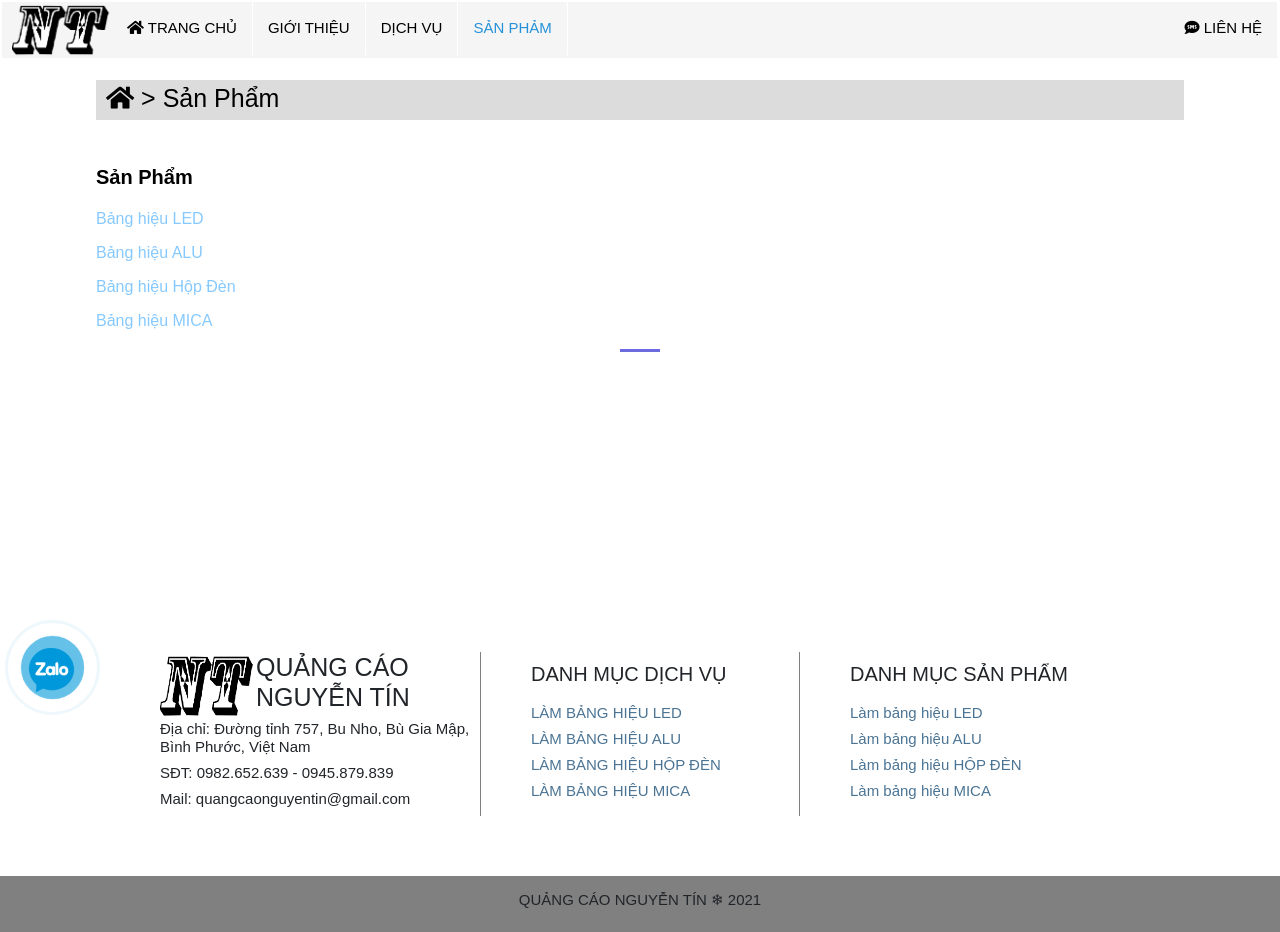
Repository: Haunguyen42193/quangcaonguyentin.github.io
Page: product.html
These files come from the project's save history. The page is drawn as it stood at one moment and after the next save; the edit follows.
The browser window is 1280 px wide. The pictures show the whole page.
Some web fonts or font styles are not loaded; a fallback is used. Some web libraries are served in a nearby version.

Above is the page before, as saved 2021-10-13 16:09:43.
Console error: ReferenceError: init is not defined

After the next save:
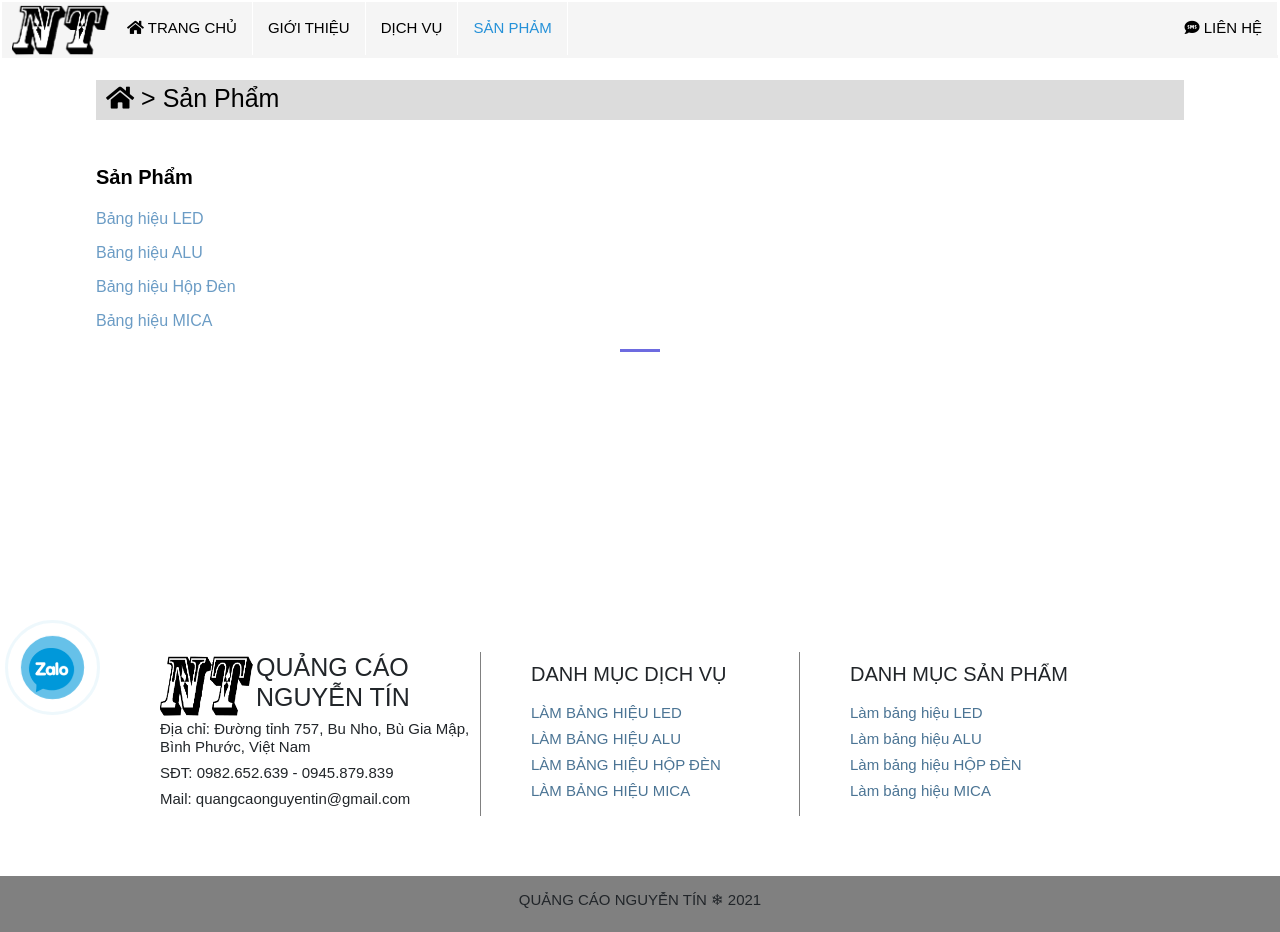
Saved 23 s later.
--- a/CSS/styleproduct.css
+++ b/CSS/styleproduct.css
@@ -313,7 +313,7 @@ div.product-menu > ul{
 }
 div.product-menu > ul > li a{
     text-decoration: none;
-    color: #86c9ff;
+    color: #6b9cc5;
 }
 div.product-menu > ul > li img{
     width: 100%;
